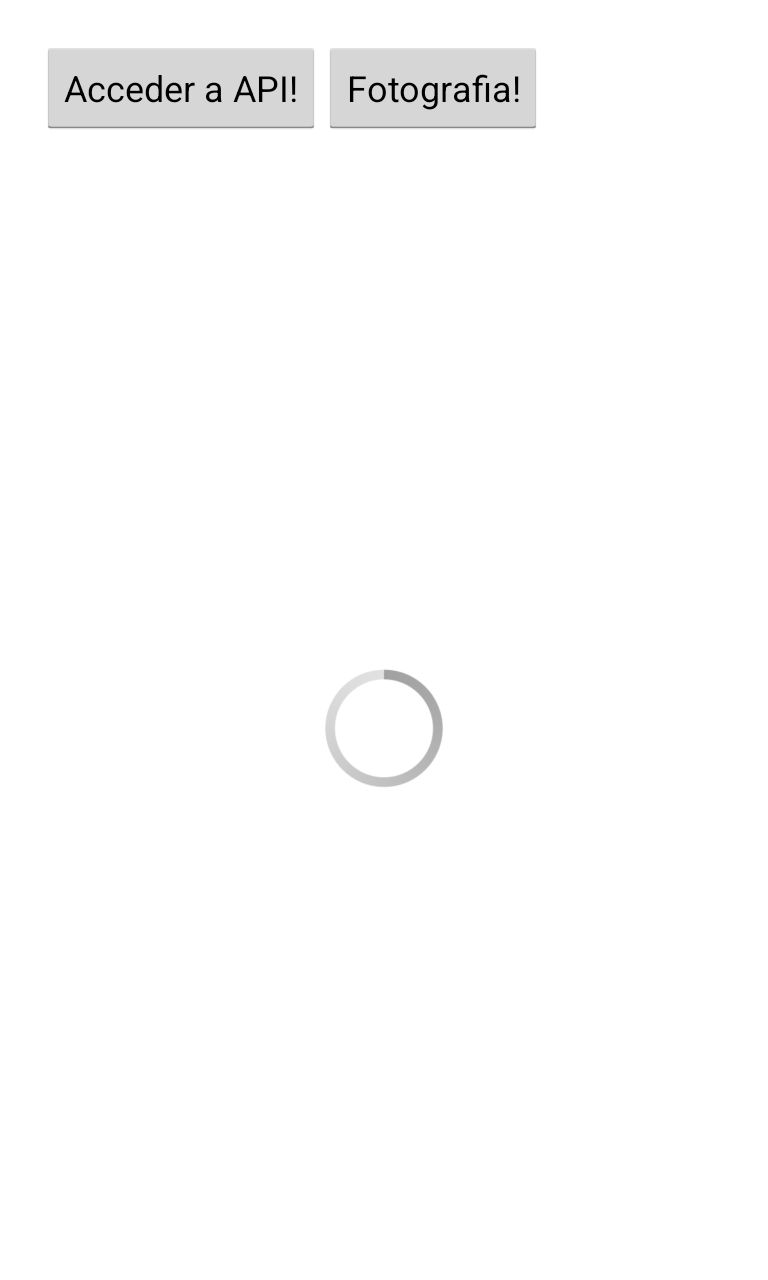
Repository: sstevenmr/SP-Galileo
Layout: Demo3_10/res/layout/activity_main.xml
An editor plug-in stored every save of this project. The layout is shown before and after the next save, followed by the edit.
It is drawn on a 768 x 1280 px phone screen (xhdpi) without system bars, with theme AppTheme; the app's code is not run. Lists and similar views that code fills are empty.

Above is the layout before, as saved 2014-02-24 17:22:50.

After the next save:
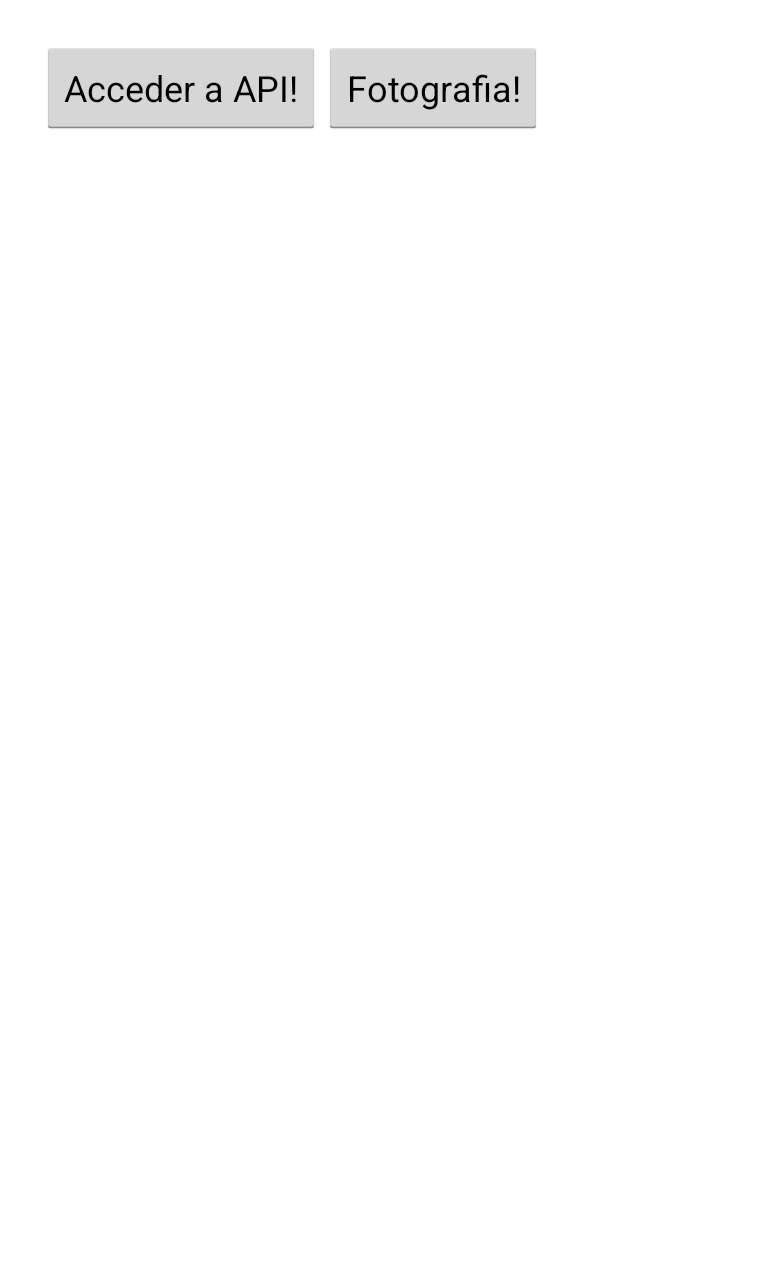
Saved 23 s later.
--- a/Demo3_10/res/layout/activity_main.xml
+++ b/Demo3_10/res/layout/activity_main.xml
@@ -30,6 +30,7 @@
 
    	<ProgressBar
    	    android:id="@+id/progressBar"
+   	    android:visibility="gone"
    	    style="?android:attr/progressBarStyleLarge"
    	    android:layout_gravity="center_vertical|center_horizontal"
    	    android:layout_width="wrap_content"
